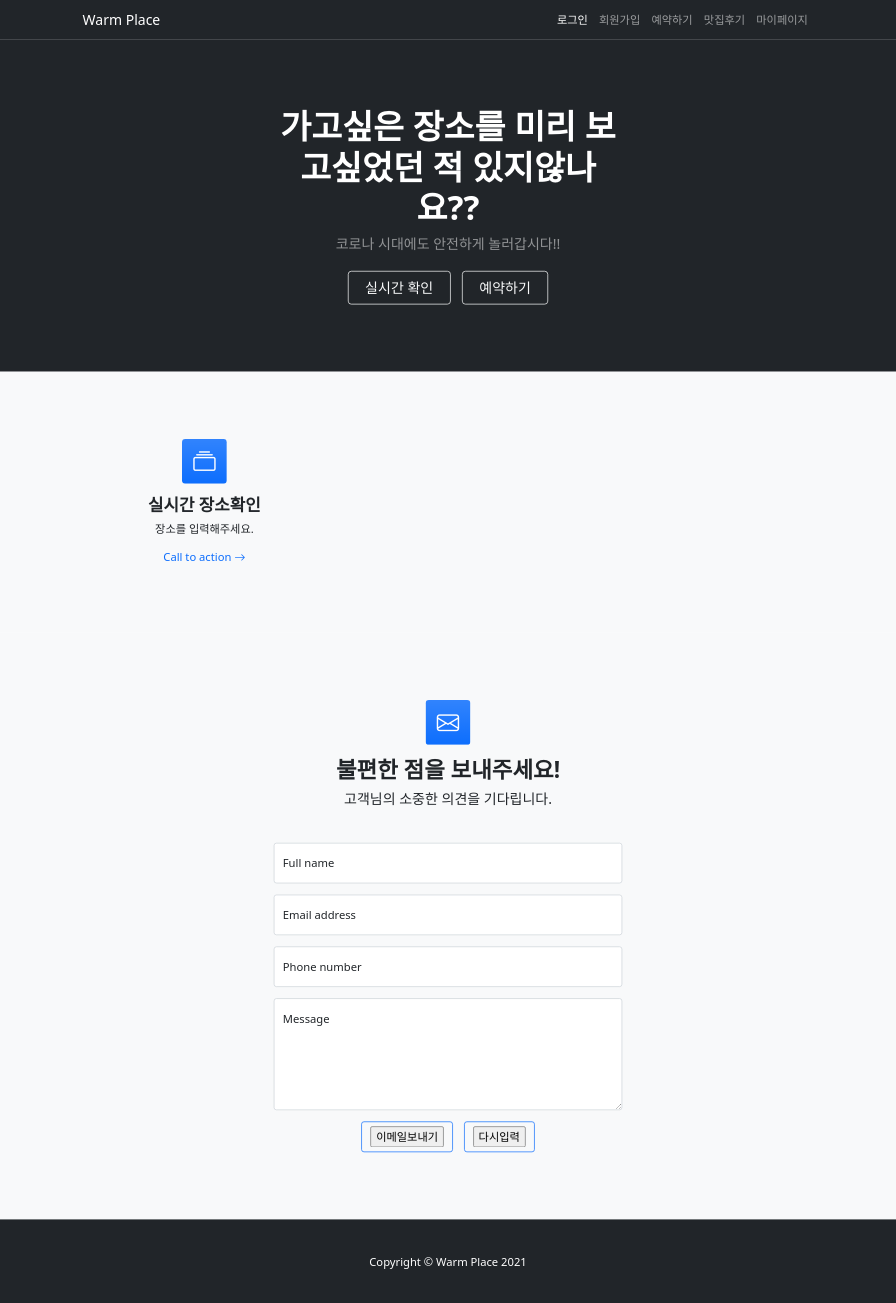
Repository: jaunnnngs/HackaTone
Page: http://localhost/StunProjects/St_Join/main.jsp
An editor plug-in stored every save of this project. The page is shown before and after the next save, followed by the edit.
The browser window is 1280 px wide. The pictures show the whole page, at 70% of full size.
Some web libraries are served in a nearby version. The page is served by Tomcat 9.

Above is the page before, as saved 2021-08-05 08:30:18.

After the next save:
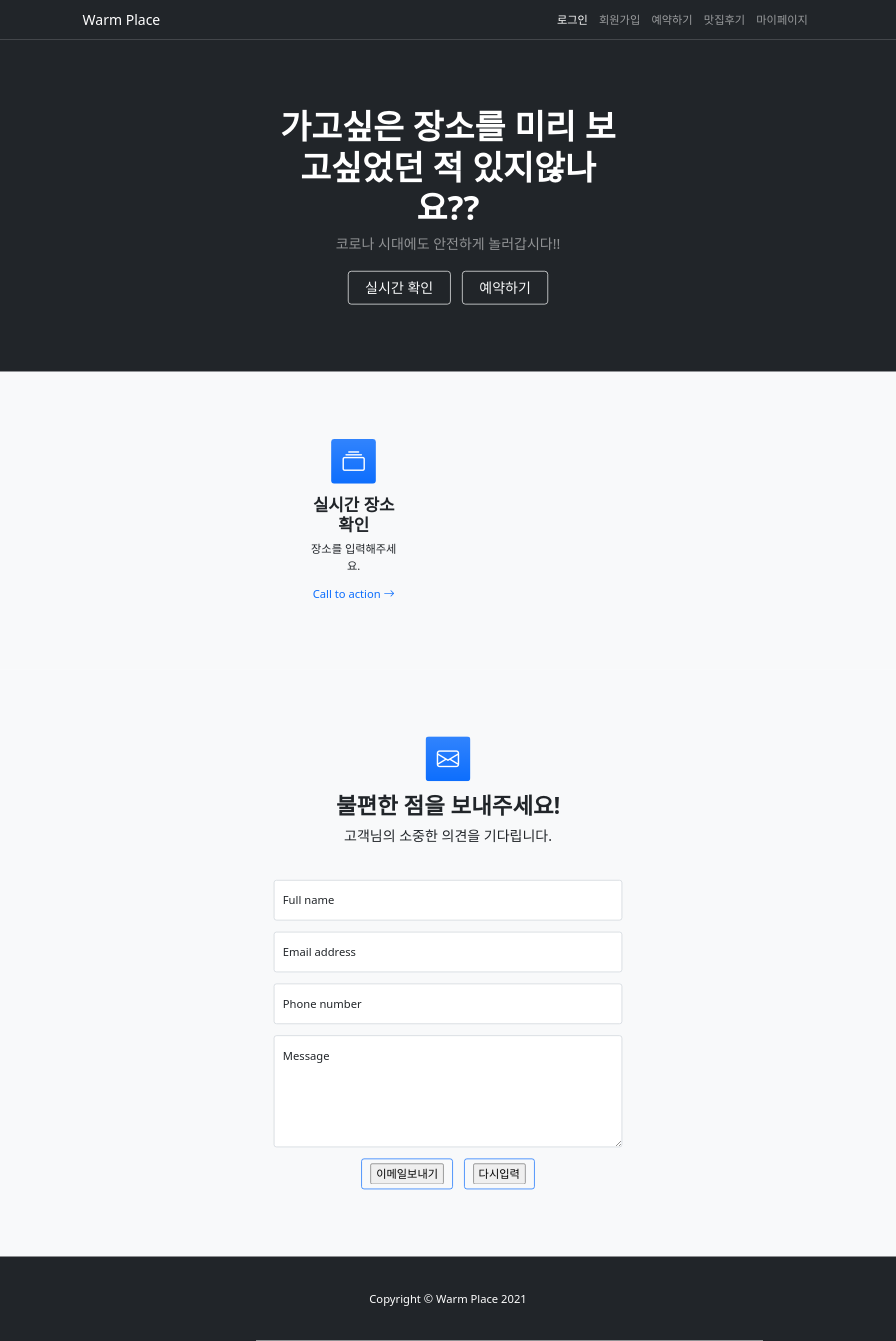
Saved 47 s later.
--- a/STUN_TEAM/StunProjects/src/main/webapp/St_Join/main.jsp
+++ b/STUN_TEAM/StunProjects/src/main/webapp/St_Join/main.jsp
@@ -77,7 +77,7 @@
         </header>
         <!-- Features section-->
         <section class="bg-light py-5" id="features">
-            <div class="container px-5 my-5 px-5">
+            <div class="container px-5 my-5 px-5" style="width:500px;">
                 <div class="text-center mb-5">
                     <div class="col-lg-4 mb-5 mb-lg-0">
                         <div class="feature bg-primary bg-gradient text-white rounded-3 mb-3"><i class="bi bi-collection"></i></div>
